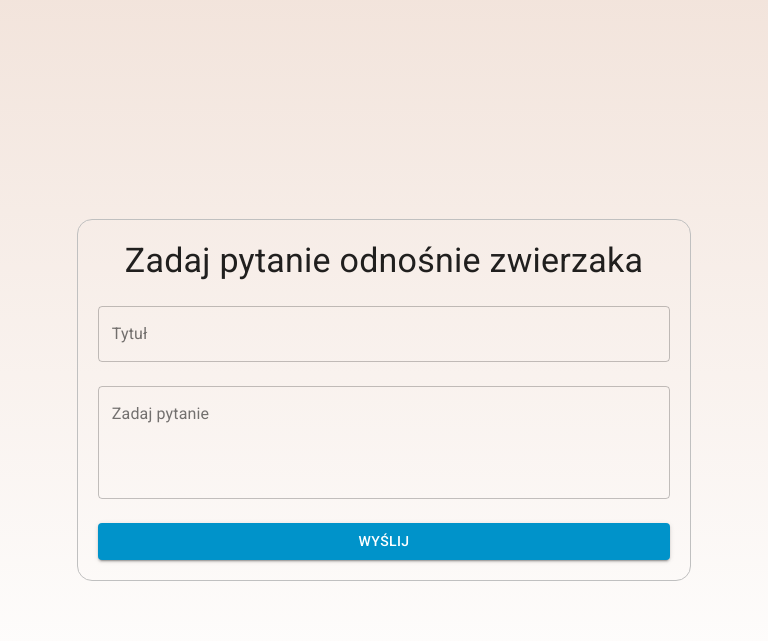
Repository: piotr-bocian/Projekt-5
Page: /
These files come from the project's save history. The page is drawn as it stood at one moment and after the next save; the edit follows.
The browser window is 768 px wide. The pictures show the whole page.
The project was rebuilt for these pictures with package versions that can differ from the ones it lists, and the page was loaded fresh each time.

Above is the page before, as saved 2021-03-22 18:18:41.

After the next save:
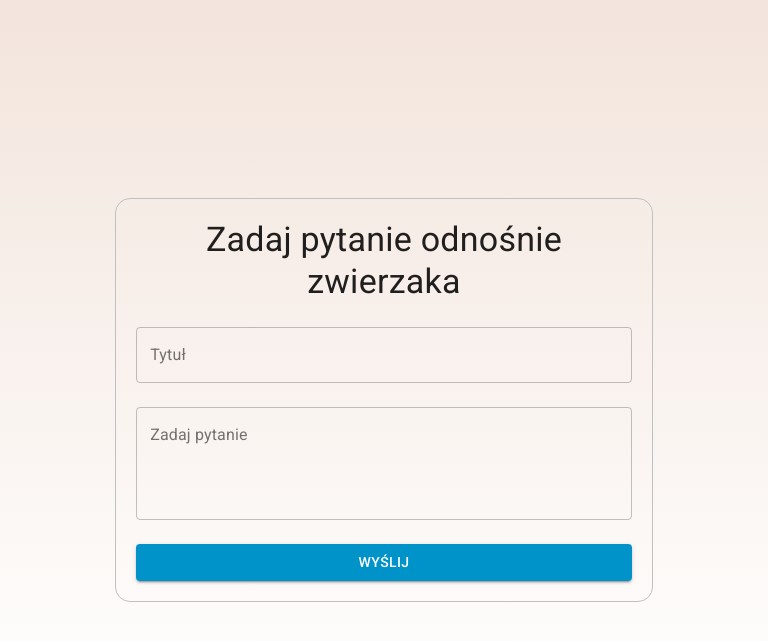
Saved 9 s later.
--- a/src/components/Organisms/AdotpionForm/AdotpionForm.css
+++ b/src/components/Organisms/AdotpionForm/AdotpionForm.css
@@ -7,6 +7,6 @@
 
 @media (max-width: 768px){
     .form{
-        width: 80vw;
+        width: 70vw;
     }
 }
